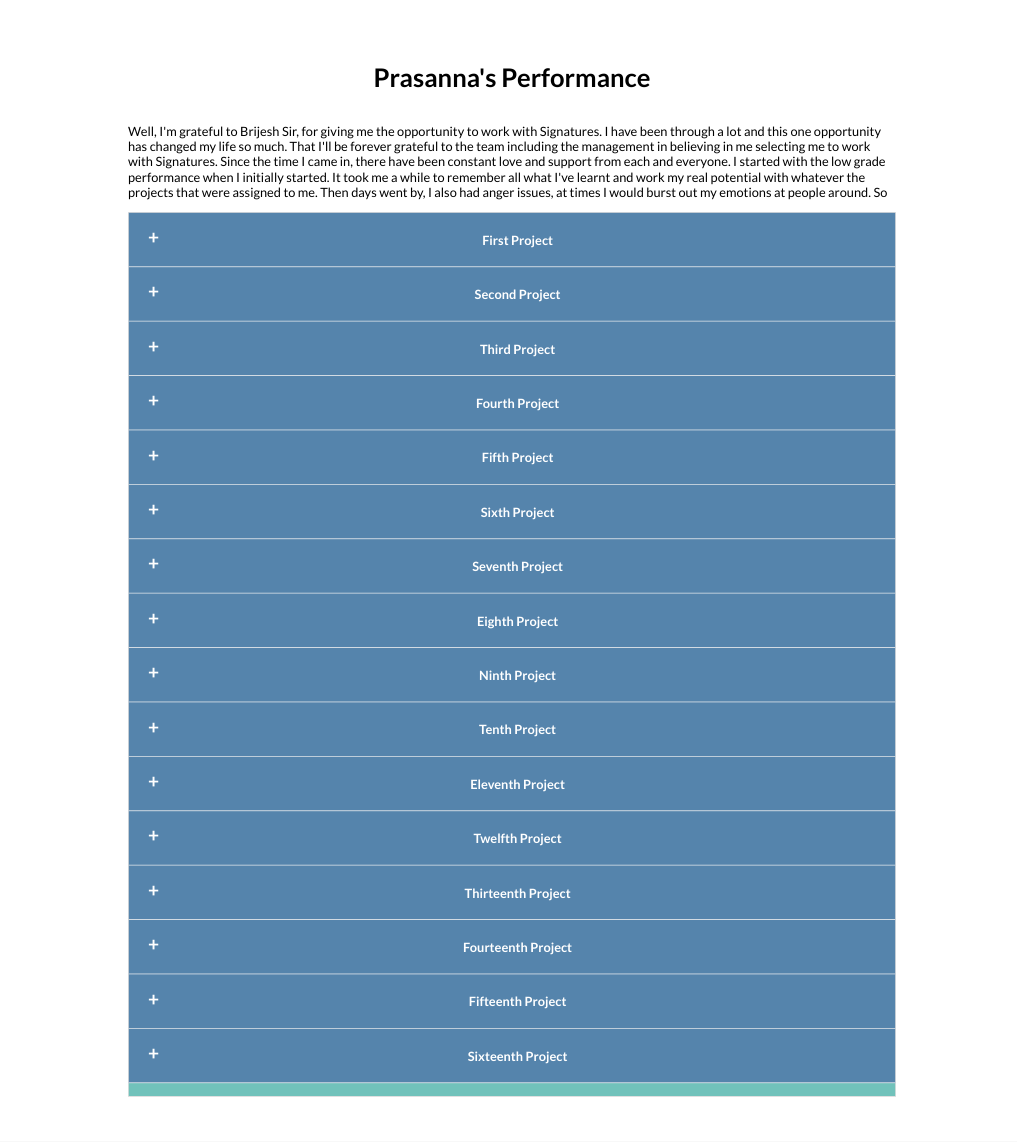
Repository: Imprasna/personalperform
Page: index.html
These files come from the project's save history. The page is drawn as it stood at one moment and after a run of saves; the edit follows.
The browser window is 1280 px wide. The pictures show the whole page, at 80% of full size.
The style sheet was rebuilt from its Sass, Less or Tailwind sources for each picture, by a compiler version that may differ from the author's.

Above is the page before, as saved 2021-12-30 23:08:58.

After the next 5 saves:
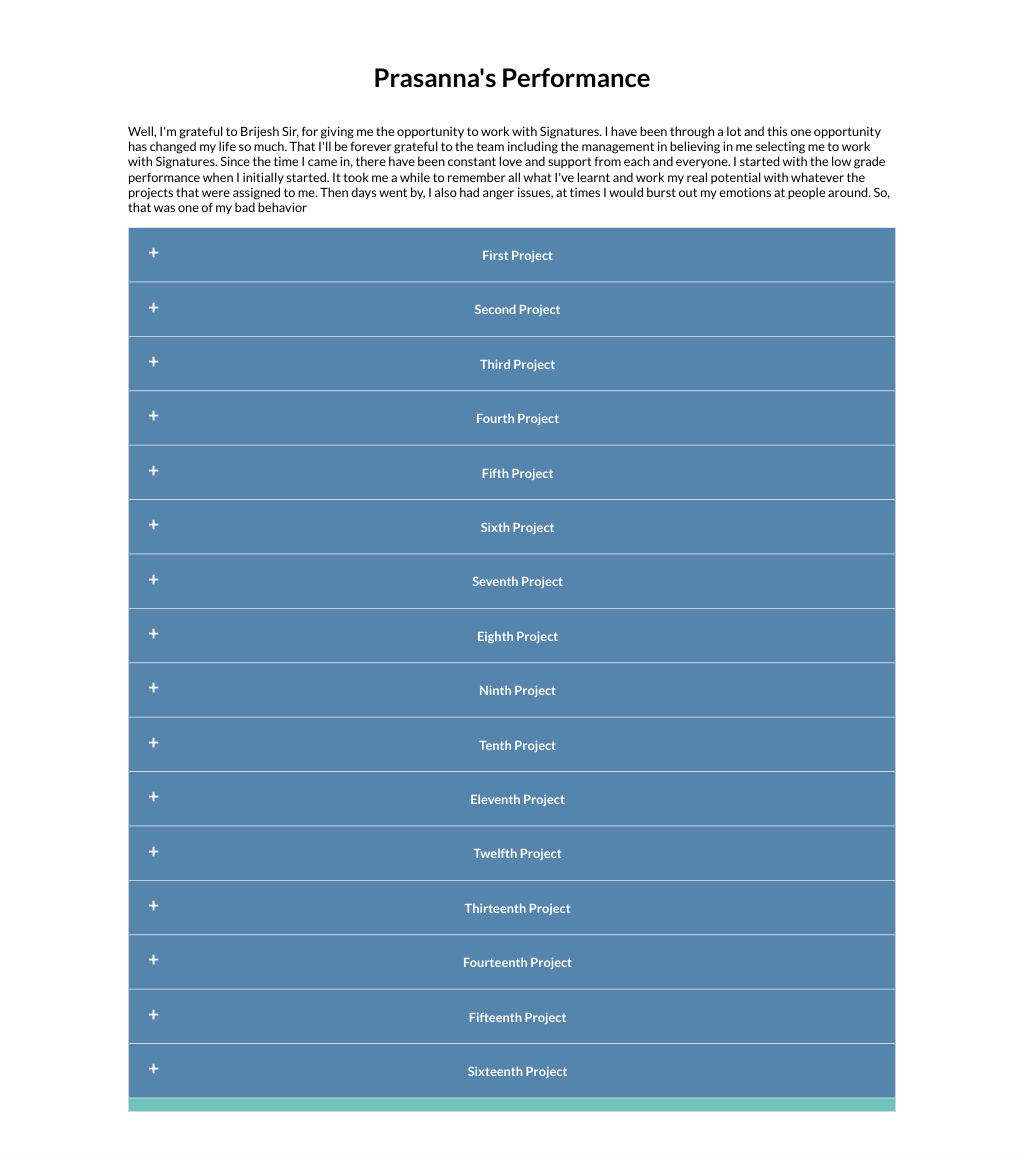
The 5 saves are shown as one change because they came seconds apart.
The last was saved 13 s later.
--- a/index.html
+++ b/index.html
@@ -12,7 +12,7 @@
 <body>
     <div class="container">
         <h1 class="heading-primary">Prasanna's Performance</h1>
-        <p>Well, I'm grateful to Brijesh Sir, for giving me the opportunity to work with Signatures. I have been through a lot and this one opportunity has changed my life so much. That I'll be forever grateful to the team including the management in believing in me selecting me to work with Signatures. Since the time I came in, there have been constant love and support from each and everyone. I started with the low grade performance when I initially started. It took me a while to remember all what I've learnt and work my real potential with whatever the projects that were assigned to me. Then days went by, I also had anger issues, at times I would burst out my emotions at people around. So </p>
+        <p>Well, I'm grateful to Brijesh Sir, for giving me the opportunity to work with Signatures. I have been through a lot and this one opportunity has changed my life so much. That I'll be forever grateful to the team including the management in believing in me selecting me to work with Signatures. Since the time I came in, there have been constant love and support from each and everyone. I started with the low grade performance when I initially started. It took me a while to remember all what I've learnt and work my real potential with whatever the projects that were assigned to me. Then days went by, I also had anger issues, at times I would burst out my emotions at people around. So, that was one of my bad behavior  </p>
         <div class="accordion">
             <dl>
                 <dt>
